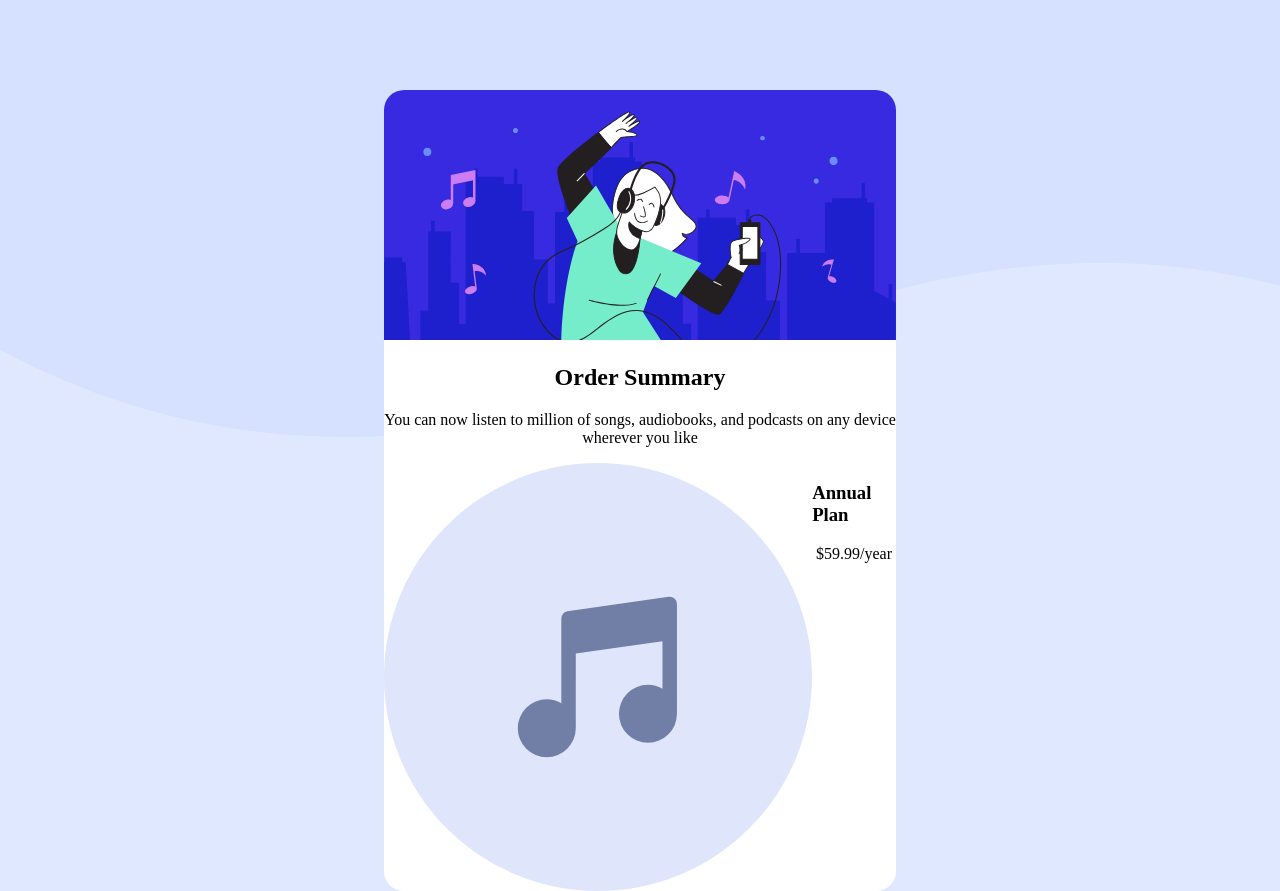
Repository: karanjain71/css-practice
Page: order-summary-component-main/index.html
An editor plug-in stored every save of this project. The page is shown before and after the next save, followed by the edit.
The browser window is 1280 px wide. The pictures show the whole page.
Some web fonts or font styles are not loaded; a fallback is used.

Above is the page before, as saved 2022-01-29 20:22:36.
Not found: order-summary-component-main/techhomie.com

After the next save:
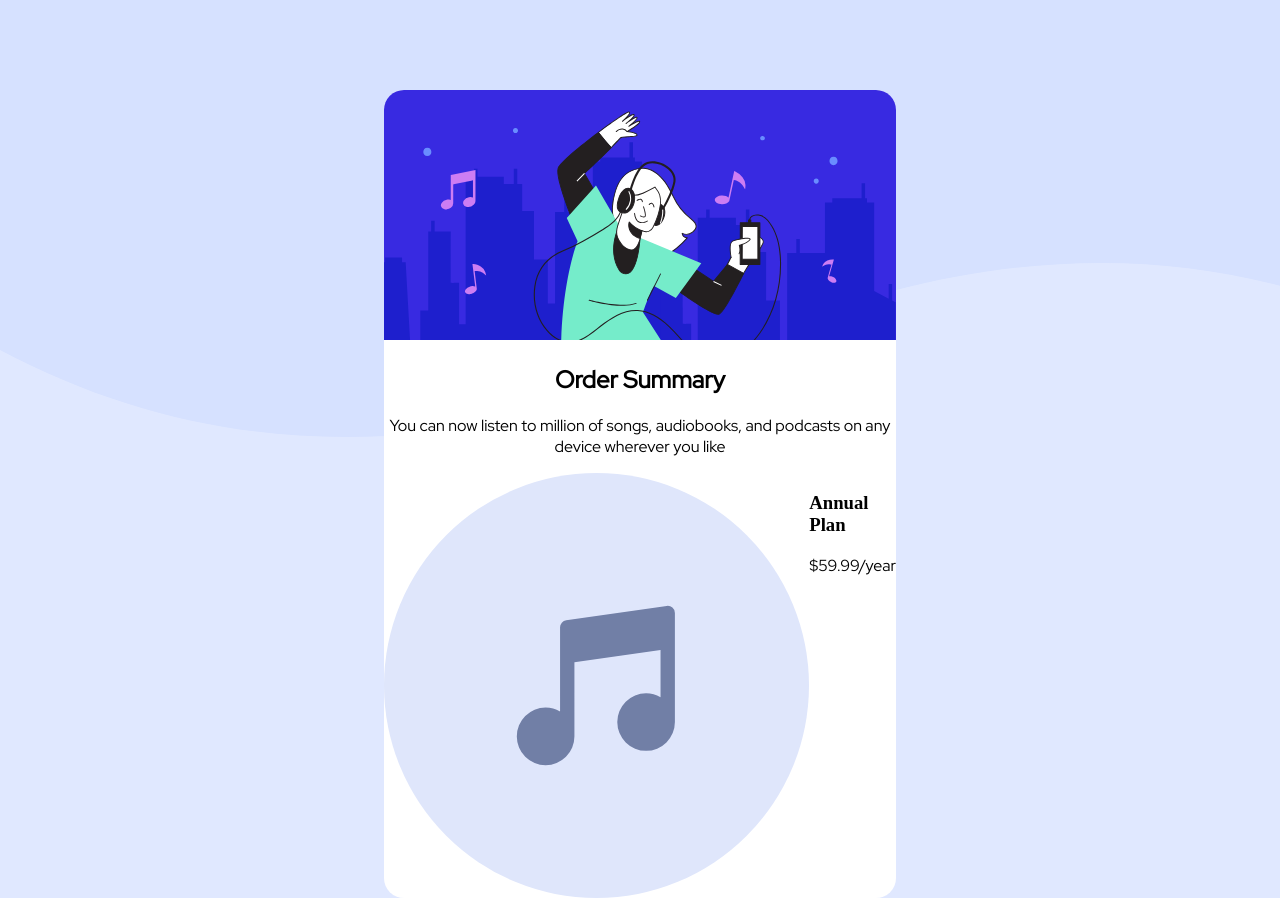
Saved 55 s later.
--- a/order-summary-component-main/index.html
+++ b/order-summary-component-main/index.html
@@ -7,12 +7,7 @@
   <link rel="icon" type="image/png" sizes="32x32" href="./images/favicon-32x32.png">
 
   <link rel="stylesheet" href="style.css">
-  <link rel="preconnect" href="https://fonts.googleapis.com" />
-  <link rel="preconnect" href="https://fonts.gstatic.com" crossorigin />
-  <link
-    href="https://fonts.google.com/specimen/Red+Hat+Display"
-    rel="stylesheet"
-  />
+  <link href='https://fonts.googleapis.com/css?family=Red Hat Display' rel='stylesheet'>
   <title>Frontend Mentor | Order summary card</title>
 
 
